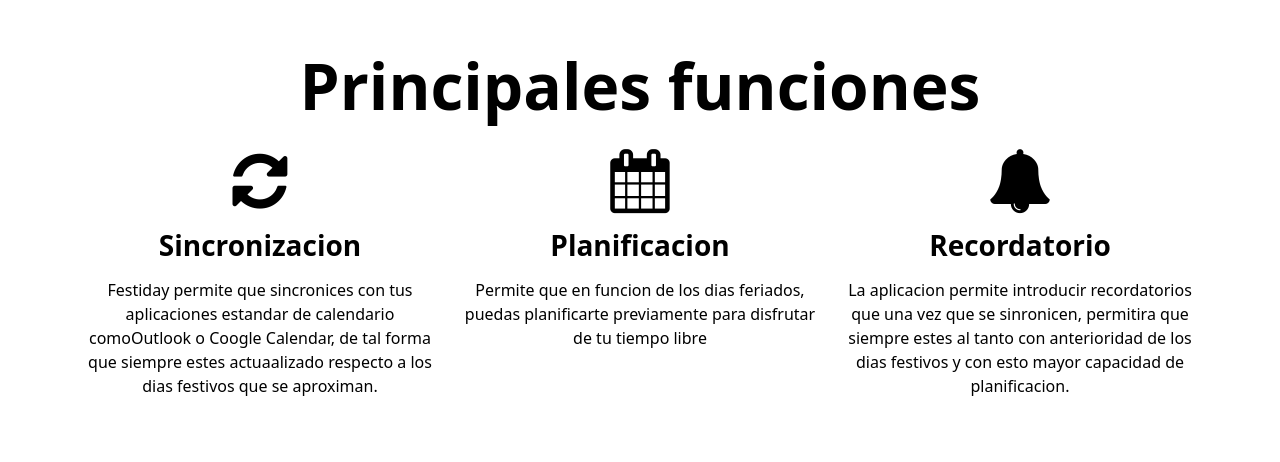
Repository: cvalenciapatagonia/Desafio-4-React-I
Page: /
These files come from the project's save history. The page is drawn as it stood at one moment and after the next save; the edit follows.
The browser window is 1280 px wide. The pictures show the part of the page from y = 698 to 1160 px (the page is 2051 px tall).
Pictures or frames that could not be fetched are drawn as grey boxes. The page's requests for data from a server got no answer. The project was rebuilt for these pictures with package versions that can differ from the ones it lists, and the page was loaded fresh each time. No one was signed in, and anything a server would have sent is missing. Also part of the build but not shown: vite.config.js, src/App.css.

Above is the page before, as saved 2023-09-08 14:55:22.

After the next save:
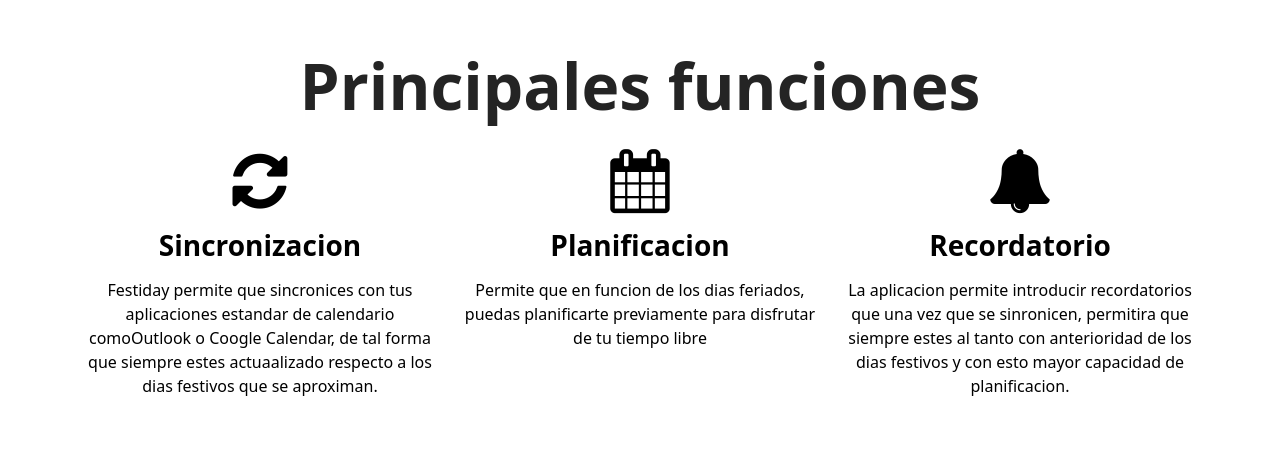
Saved 9 s later.
--- a/src/index.css
+++ b/src/index.css
@@ -95,8 +95,7 @@
 }
 
 .function-title{
-  margin-bottom: 28px;
-}
+color: #242424;}
 
 #Acerca-de-mi {
   color: black;

After the save that followed:
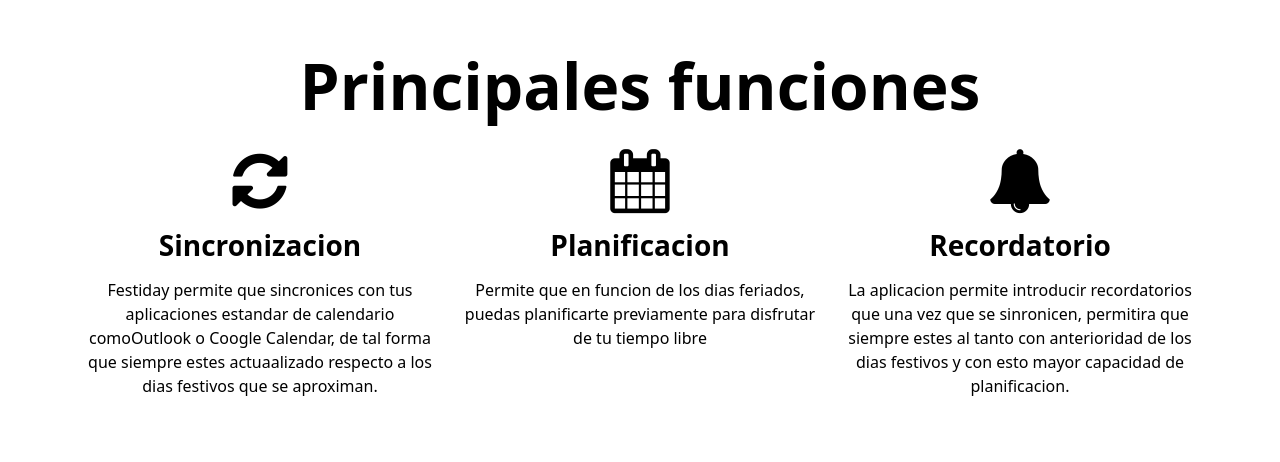
Saved 38 s later.
--- a/src/index.css
+++ b/src/index.css
@@ -94,8 +94,7 @@
   background-position: left;
 }
 
-.function-title{
-color: #242424;}
+
 
 #Acerca-de-mi {
   color: black;
